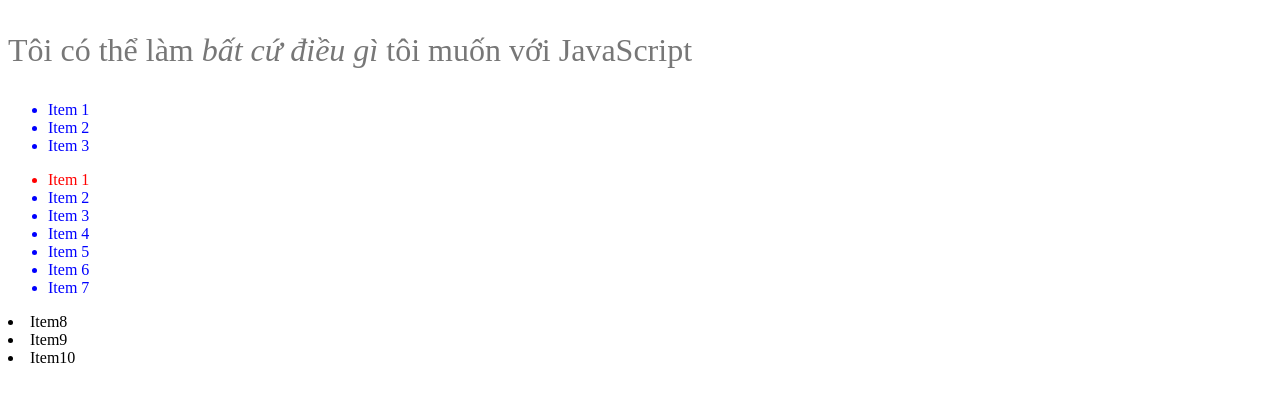
Repository: khanhnahk306/khanhnahk.github.io
Page: DOM/index.html
The author's editor kept a copy of each file at every save. The page is drawn from the files as they stood at one save, then again after the next save.
The browser window is 1280 px wide. The pictures show the whole page.

Above is the page before, as saved 2022-06-03 14:00:21.

### DOM/index.html
<!DOCTYPE html>
<html lang="en">
  <head>
    <meta charset="UTF-8" />
    <meta http-equiv="X-UA-Compatible" content="IE=edge" />
    <meta name="viewport" content="width=device-width, initial-scale=1.0" />
    <title>DOM</title>
  </head>
  <body>
    <p id="text">
      Mặt khác, các phần tử DOM đều là các node trên cây cấu trúc DOM
    </p>

    <ul>
      <li>Item 1</li>
      <li>Item 2</li>
      <li>Item 3</li>
    </ul>

    <ul id="list">
      <li id="1">Item 1</li>
      <li>Item 2</li>
      <li id="3">Item 3</li>
      <li>Item 4</li>
      <li>Item 5</li>
      <li>Item 6</li>
      <li>Item 7</li>
    </ul>

    <script>
      let p = document.getElementById("text");
      p.style.color = "#777";
      p.style.fontSize = "2rem";
      p.innerHTML =
        "Tôi có thể làm <em> bất cứ điều gì </em> tôi muốn với JavaScript";

      const para = document.querySelectorAll("li");
      console.log(para);
      for (let i = 0; i < para.length; i++) {
        para[i].style.color = "blue";
      }

      const para1 = document.createElement("li");
      para1.innerText = "Item8";
      document.body.appendChild(para1);
      const para2 = document.createElement("li");
      para2.innerText = "Item9";
      document.body.appendChild(para2);
      const para3 = document.createElement("li");
      para3.innerText = "Item10";
      document.body.appendChild(para3);

      let li = document.getElementById("1");
      li.style.color = "red";
      let li2 = document.getElementById("3");
      li2.style.color = "blue";
    </script>
  </body>
</html>

After the next save:
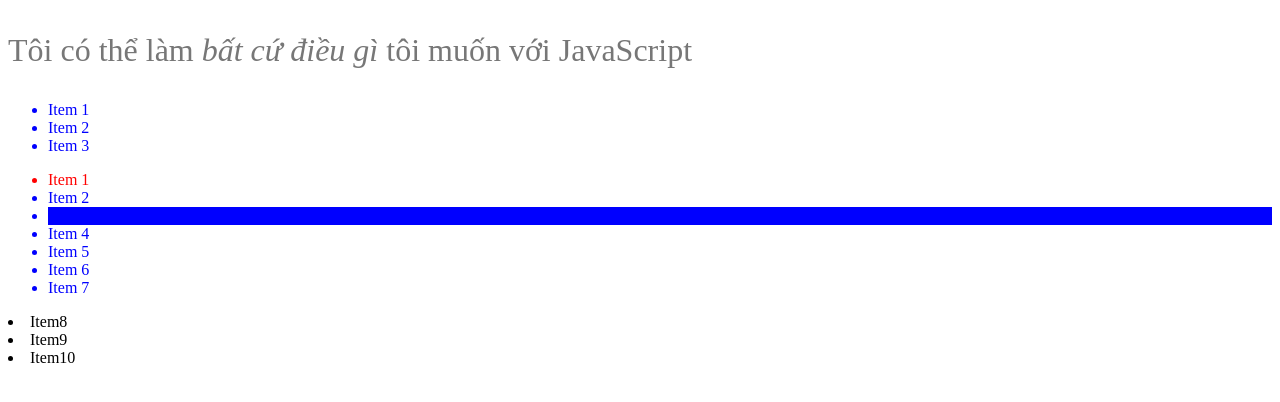
Saved 21 s later.
--- a/DOM/index.html
+++ b/DOM/index.html
@@ -53,7 +53,7 @@
       let li = document.getElementById("1");
       li.style.color = "red";
       let li2 = document.getElementById("3");
-      li2.style.color = "blue";
+      li2.style.background = "blue";
     </script>
   </body>
 </html>
